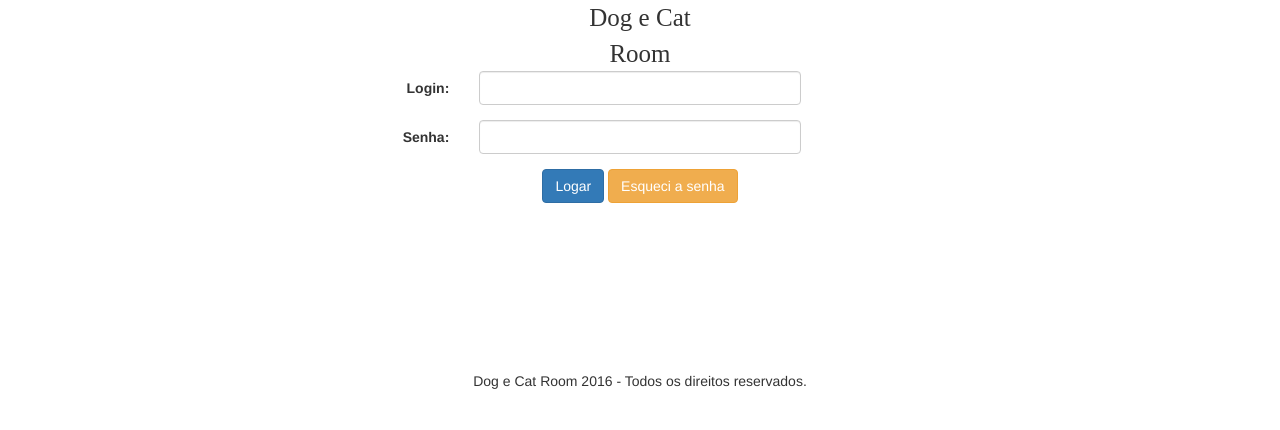
Repository: Natanzx/DogECatRoom
Page: http://localhost/DogECatRoom/login.jsp
An editor plug-in stored every save of this project. The page is shown before and after a run of saves, followed by the edit.
The browser window is 1280 px wide. The pictures show the whole page.
The page is served by Tomcat 9.

Above is the page before, as saved 2016-05-15 19:34:28.

After the next 2 saves:
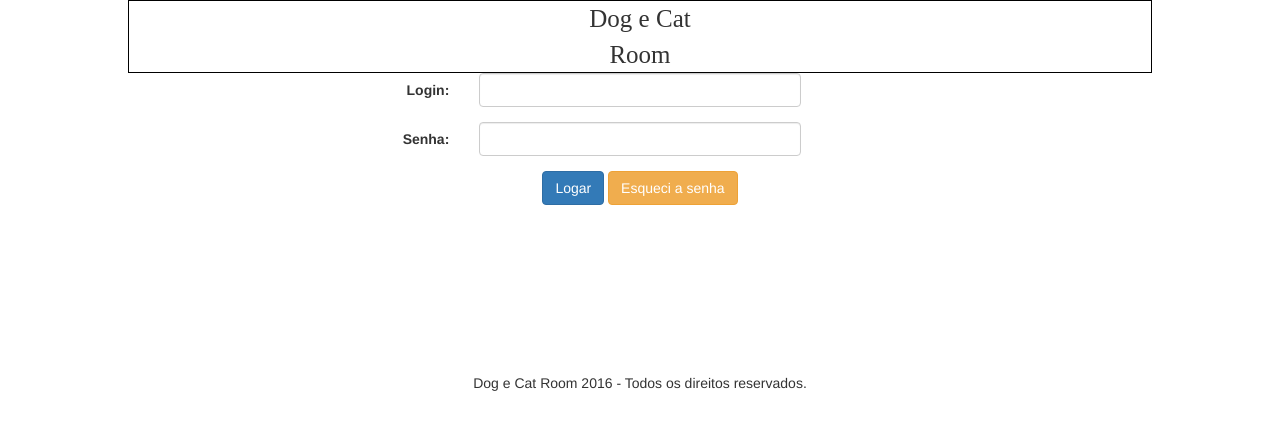
The 2 saves are shown as one change because they came seconds apart.
The last was saved 61 s later.
--- a/DogECatRoom/WebContent/bibliotecas/css/estilos.css
+++ b/DogECatRoom/WebContent/bibliotecas/css/estilos.css
@@ -9,6 +9,7 @@
 	text-align			: center;
 	font-size			: 25px;
 	font-family			: Century Gothic;
+	border				: 1px solid black;
 }
 
 
